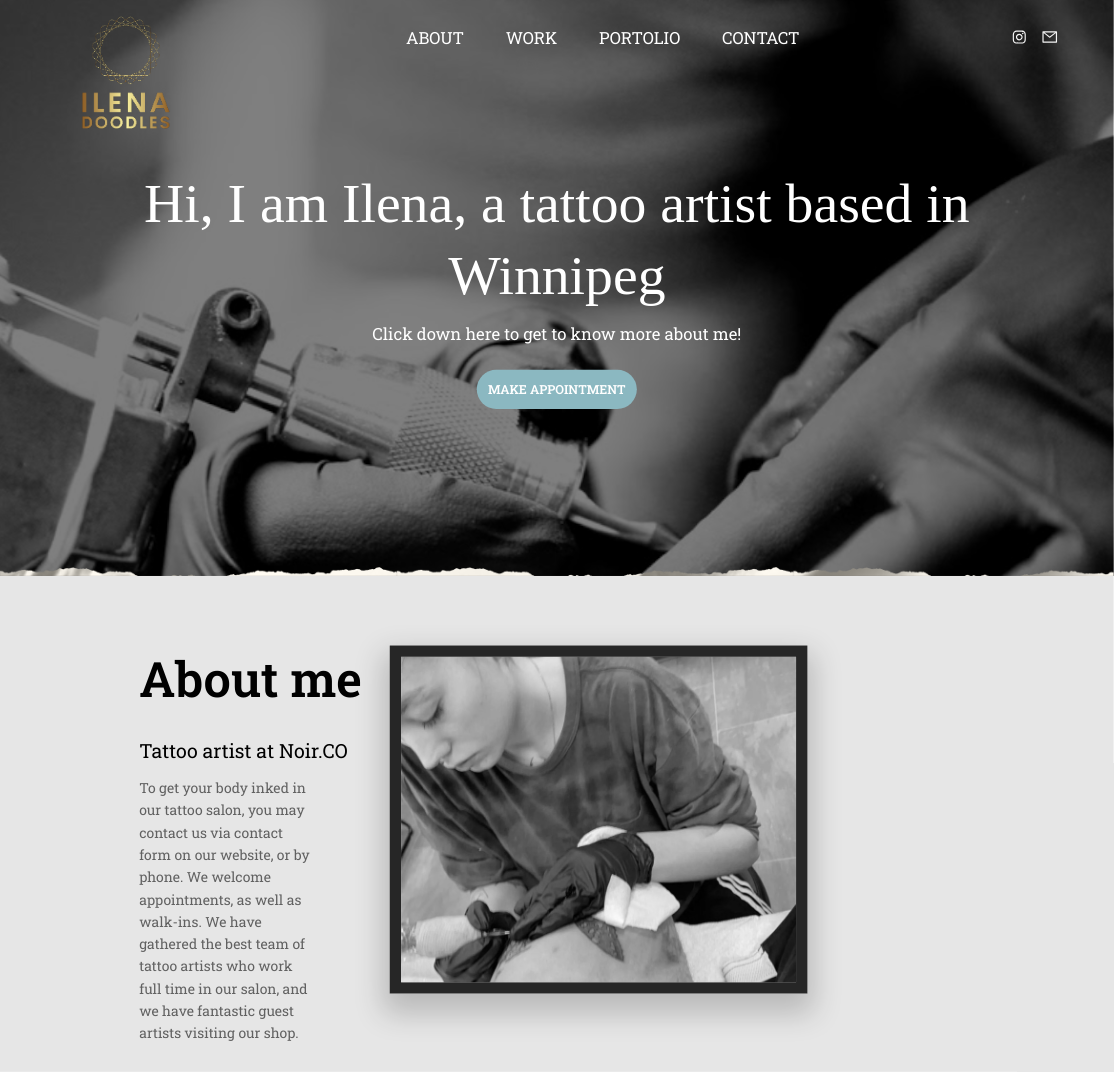
Repository: Leoka2000/Ilena
Page: /
The author's editor kept a copy of each file at every save. The page is drawn from the files as they stood at one save, then again after the next save.
The browser window is 1280 px wide. The pictures show the whole page, at 87% of full size.
Some web fonts or font styles are not loaded; a fallback is used. The project was rebuilt for these pictures with package versions that can differ from the ones it lists, and the page was loaded fresh each time. Also part of the build but not shown: src/App.css.

Above is the page before, as saved 2023-03-02 23:46:53.

After the next save:
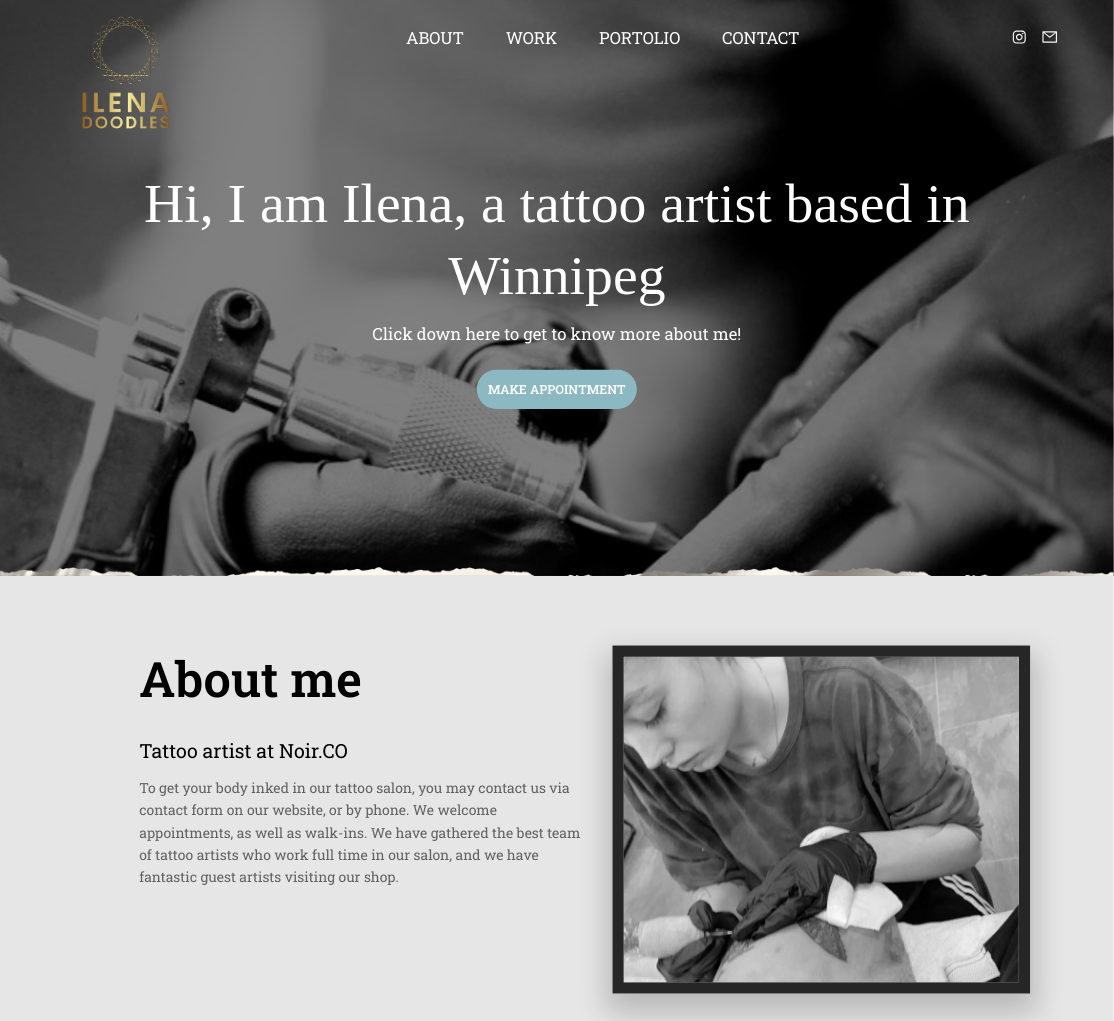
Saved 13 s later.
--- a/src/pages/about/about.css
+++ b/src/pages/about/about.css
@@ -16,7 +16,7 @@
 .left-about > p  {
     color: rgb(97, 97, 97);
     line-height: 1.6;
-    max-width: 200px;
+    max-width: 600px;
 
 
 }
